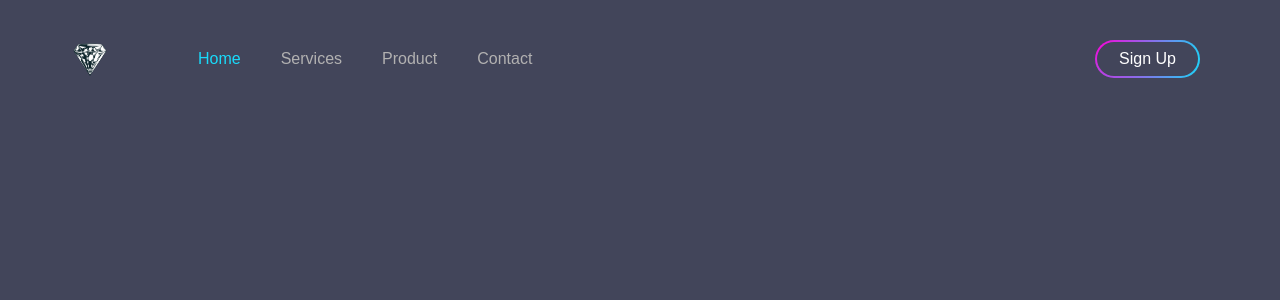
Repository: Aakarshit-Sharma19/Basic-HTML-and-CSS-Page-
Page: index.html
The author's editor kept a copy of each file at every save. The page is drawn from the files as they stood at one save, then again after a run of saves.
The browser window is 1280 px wide. The pictures show the whole page.

Above is the page before, as saved 2020-11-10 15:12:14.

After the next 3 saves:
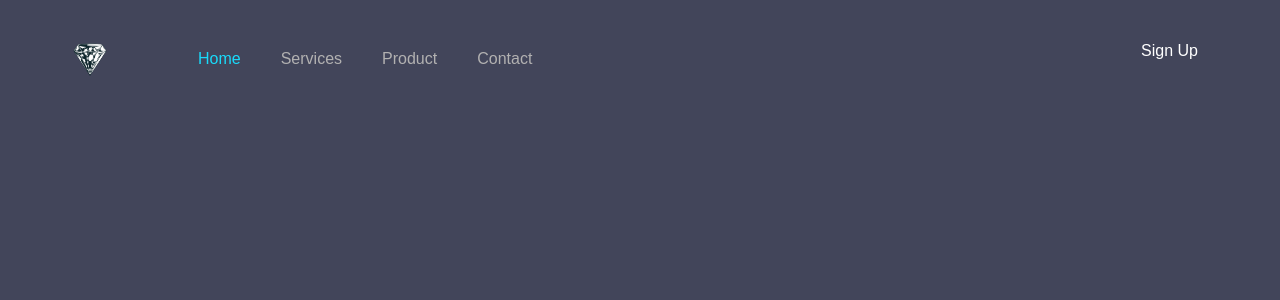
The 3 saves are shown as one change because they came seconds apart.
The last was saved 8 s later.
--- a/style.css
+++ b/style.css
@@ -40,8 +40,8 @@ body{
     position: absolute;
     text-decoration: none;
     color: #fff;
-    border: 2px solid transparent;
-    border-radius: 20px;
+    border: 2px solid transparent; */
+    /* border-radius: 20px;
     background-image: linear-gradient(#42455a, #42455a), radial-gradient(circle at top left, #fd00da, #19d7f8);
     background-origin: border-box;
     background-clip: content-box,border-box;

After the save that followed:
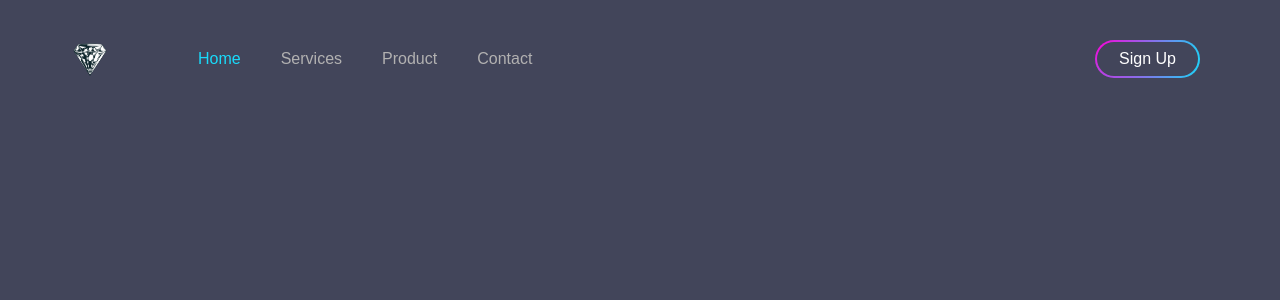
Saved 9 s later.
--- a/style.css
+++ b/style.css
@@ -40,8 +40,8 @@ body{
     position: absolute;
     text-decoration: none;
     color: #fff;
-    border: 2px solid transparent; */
-    /* border-radius: 20px;
+    border: 2px solid transparent;
+    border-radius: 20px;
     background-image: linear-gradient(#42455a, #42455a), radial-gradient(circle at top left, #fd00da, #19d7f8);
     background-origin: border-box;
     background-clip: content-box,border-box;
